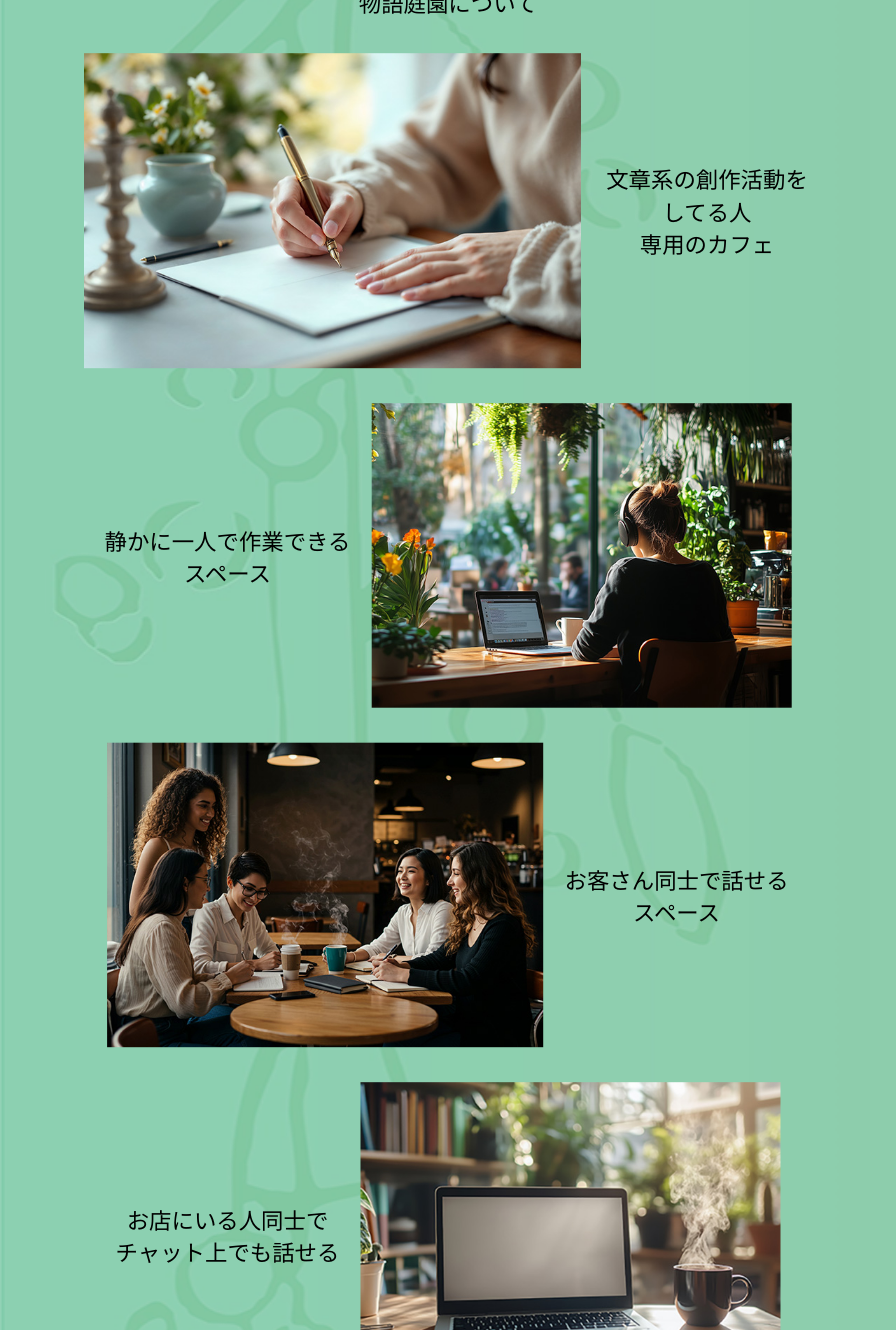
Repository: saka-kou/GardenStory
Page: index.html
An editor plug-in stored every save of this project. The page is shown before and after a run of saves, followed by the edit.
The browser window is 1280 px wide. The pictures show the part of the page from y = 1020 to 2920 px (the page is 5698 px tall before and 5820 px after), at 70% of full size.
A picture or video elsewhere on the page could not be fetched, so the positions and the page height are approximate. Some web fonts or font styles are not loaded; a fallback is used.

Above is the page before, as saved 2025-07-24 14:51:41.

After the next 2 saves:
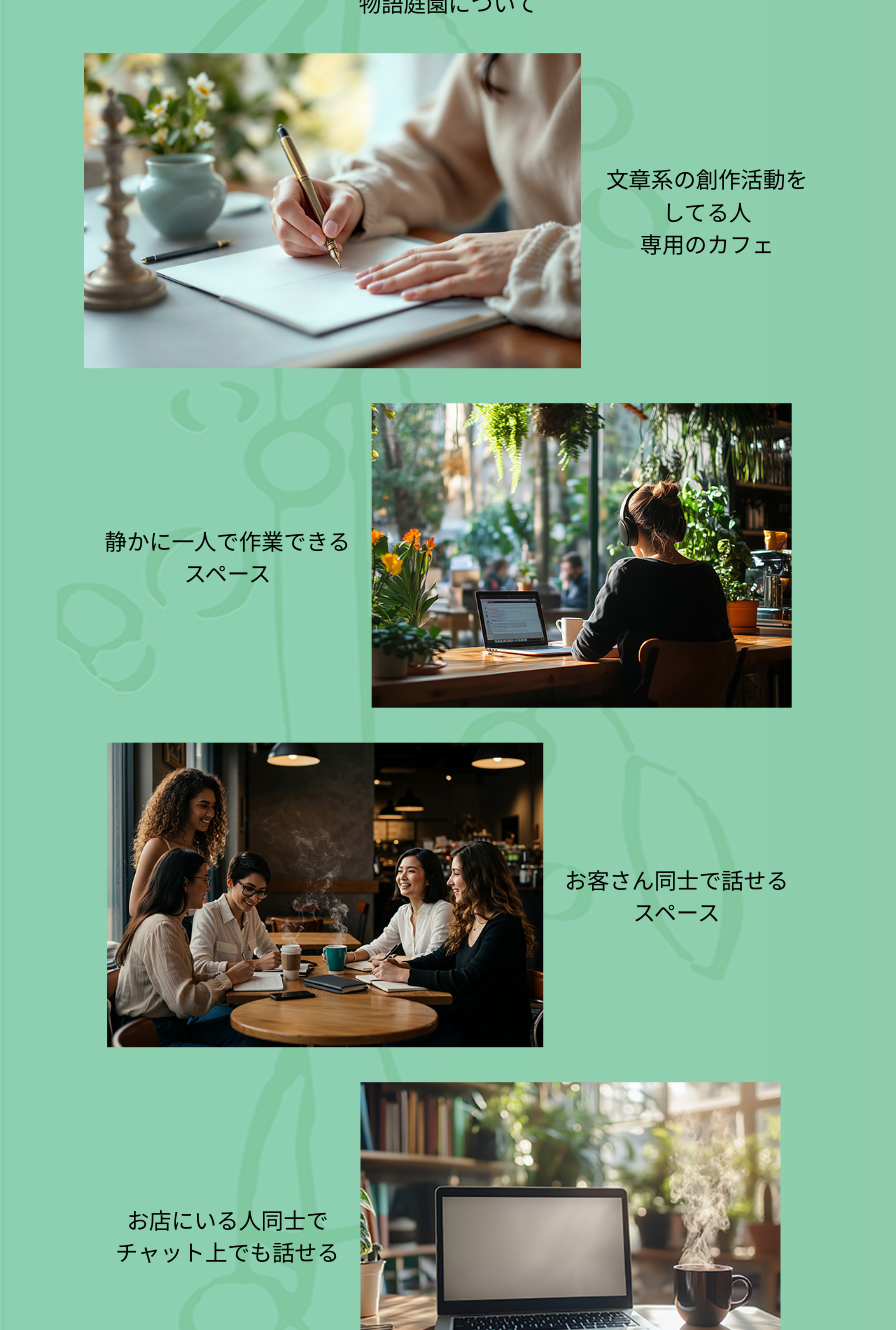
The 2 saves are shown as one change because they came seconds apart.
The last was saved 7 min 53 s later.
--- a/index.html
+++ b/index.html
@@ -63,42 +63,46 @@
             <div itemWrap></div>
                 <div class="topitem">
                         <img src="images/bluemountain.png" alt="ブルーマウンテン">
-                        <p class="menuname">ブルーマウンテン</p>
+                        <p>ブルーマウンテン</p>
                         <p>すっきりした飲み口<br>
                         リラックスしたい時におすすめ</p>
                         <p class="price">950円(税込)</p>
                 </div>
                 <div class="topitem">
-                        <img src="images/herbtea.png" alt="ハーブティー">
-                        <p class="menuname">ハーブティー</p>
+                    <img src="images/herbtea.png" alt="ハーブティー">
+                    <div class="itemname">
+                        <p>ハーブティー</p>
                         <p>やさしい酸味と甘みが特徴<br>
                         気持ちを落ち着けたい時にどうぞ</p>
                         <p class="price">650円(税込)</p>
+                    </div>
                 </div>
                 <div class="middleitem">
+                    <div class="itemname">
                         <img src="images/manderin.png" alt="マンデリンコーヒー">
-                        <p class="menuname">マンデリンコーヒー</p>
+                        <p>マンデリンコーヒー</p>
                         <p>深いコクとほのかな苦味<br>
                         集中したい作業時に最適です</p>
                         <p class="price">650円(税込)</p>
+                    </div>
                 </div>
                 <div class="middleitem">
                         <img src="images/orangejuice.png" alt="オレンジジュース">
-                        <p class="menuname">オレンジジュース</p>
+                        <p>オレンジジュース</p>
                         <p>実は集中できる効果のある飲み物<br>
                         軽やかな酸味で気持ちを切り替えて集中したい時に</p>
                         <p class="price">500円(税込)</p>
                 </div>
                 <div class="bottomitem">
                         <img src="images/sandwhich.png" alt="サンドウィッチ">
-                        <p class="menuname">サンドウィッチ</p>
+                        <p>サンドウィッチ</p>
                         <p>ふんわり食感とやさしい味<br>
                         小腹満たしにちょうどいい一品</p>
                         <p class="price">750円(税込)</p>
                 </div>
                 <div class="bottomitem">
                     <img src="images/suko-nn.png" alt="スコーン">
-                    <p class="menuname">スコーン</p>
+                    <p>スコーン</p>
                     <p>ほんのり甘くて食べごたえあり<br>
                     小腹が空いた時におすすめです</p>
                     <p class="price">750円(税込)</p>
